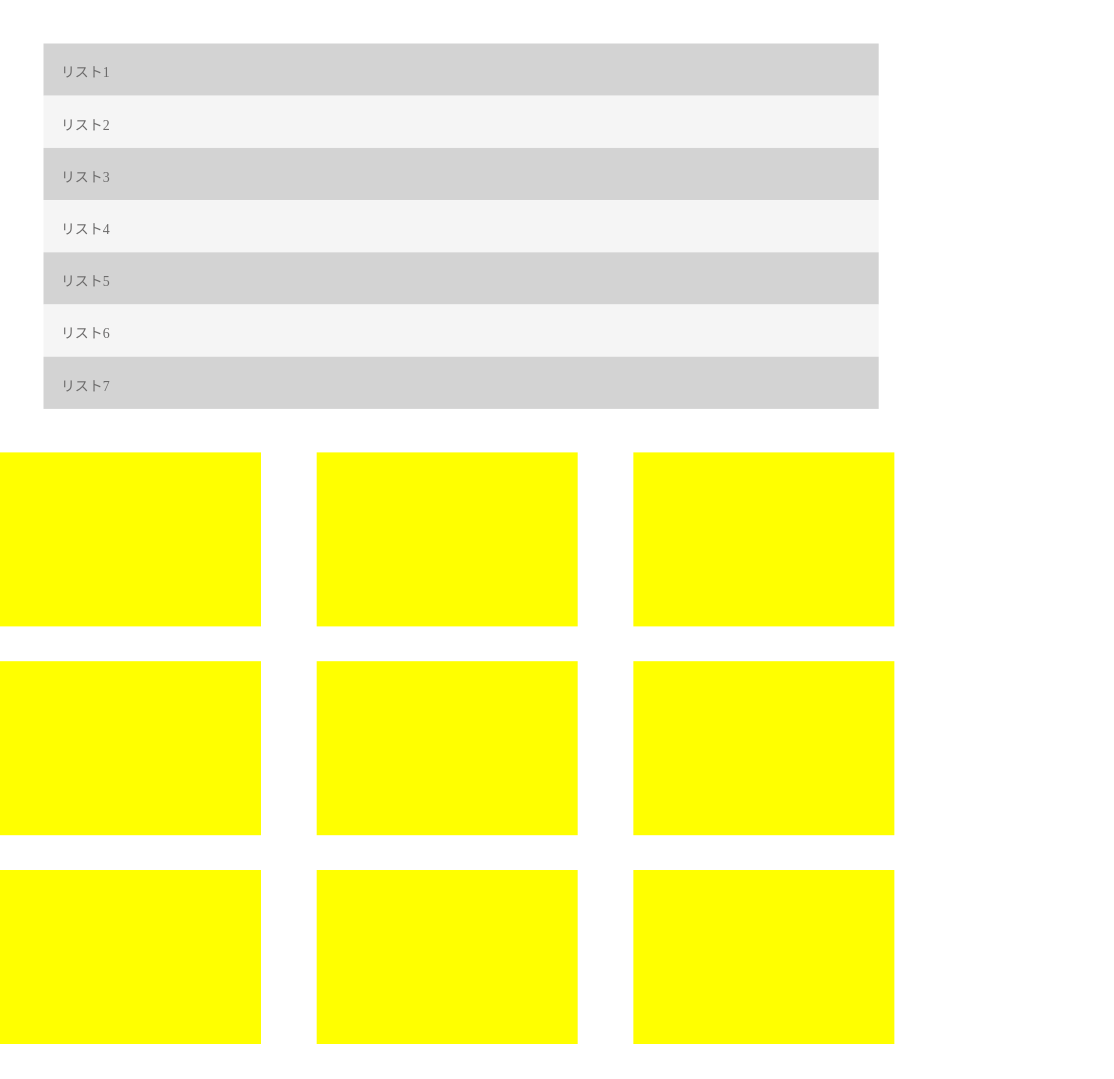
Repository: t-sato-infratop/environment
Page: chapter8_exercise/chapter8_exercise.html
The author's editor kept a record of every edit. The page is drawn from the files as they stood at one moment, then again after the next edit.
The browser window is 1280 px wide. The pictures show the whole page, at 87% of full size.

Above is the page before.

After the next edit:
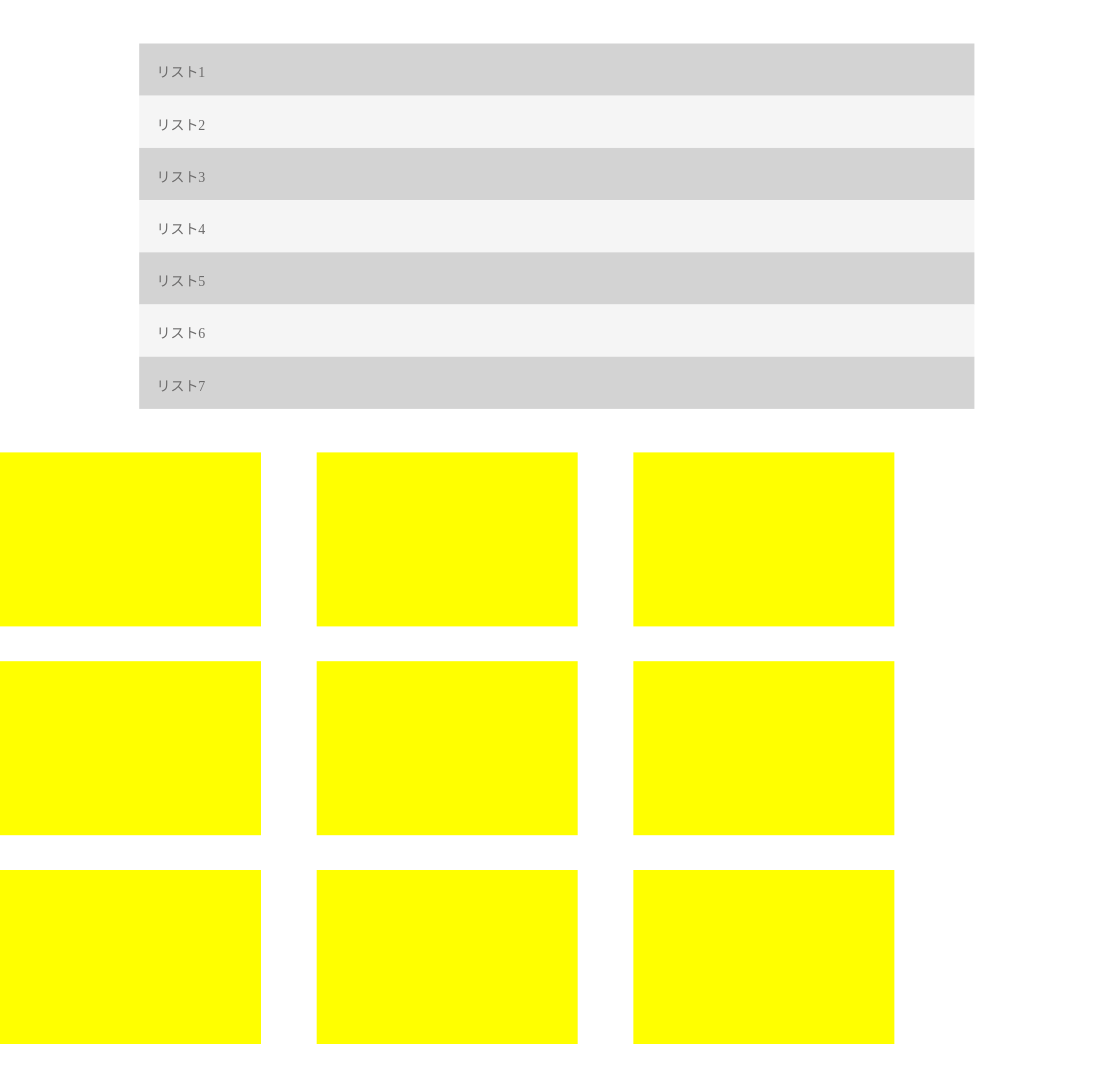
The edit:
--- a/chapter8_exercise/chapter8_exercise.css
+++ b/chapter8_exercise/chapter8_exercise.css
@@ -7,7 +7,7 @@
 
 .main-list {
   width: 960px;
-  margin: 50px;
+  margin: 50px auto;
 }
 
 .main-list-category {
